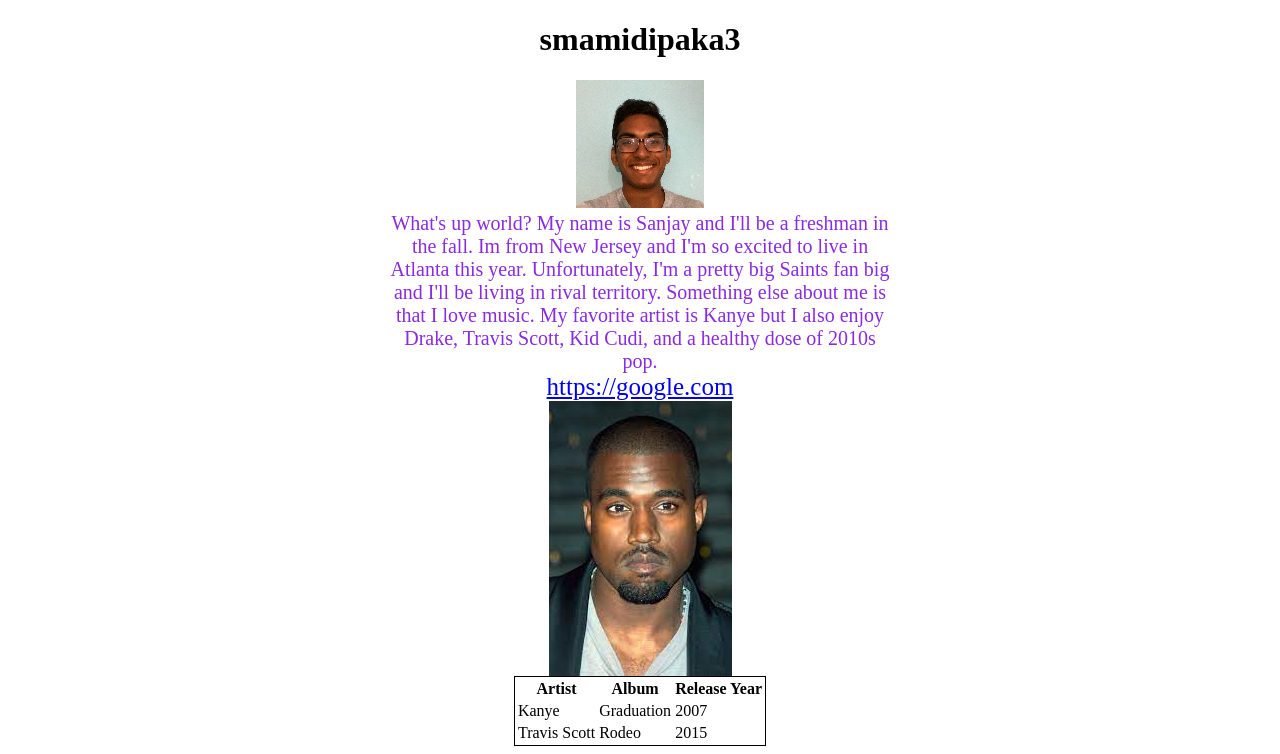
Repository: sanjayMamidipaka/cs1301
Page: lab01/index.html
These files come from the project's save history. The page is drawn as it stood at one moment and after the next save; the edit follows.
The browser window is 1280 px wide. The pictures show the whole page.

Above is the page before, as saved 2021-07-22 16:41:58.

### lab01/index.html
<!DOCTYPE html>

<head>
    <link rel="stylesheet" href="style.css">
  </head>

  <div class = "h1">
    <h1>smamidipaka3</h1>

    <img src="image.png" alt="My Picture">
    <p class = 'description'>
        What's up world? My name is Sanjay and I'll be a freshman in the fall. Im from New Jersey and I'm so excited to live in Atlanta this year.
        Unfortunately, I'm a pretty big Saints fan big and I'll be living in rival territory. Something else about me is that I love music. My favorite artist is Kanye but
        I also enjoy Drake, Travis Scott, Kid Cudi, and a healthy dose of 2010s pop.
    </p>

    <a class='link' href="https://google.com">https://google.com</a>

  </div>

  <a href="https://www.kanyewest.com/" >
    <img class='kanye' src="kanye.jpeg" alt="The GOAT's pic">
</a>

<table class='center'>
    <tr>
        <th>Artist</th>
        <th>Album</th>
        <th>Release Year</th>
    </tr>

    <tr>
        <td>Kanye</td>
        <td>Graduation</td>
        <td>2007</td>
    </tr>

    <tr>
        <td>Travis Scott</td>
        <td>Rodeo</td>
        <td>2015</td>
    </tr>
</table>

### lab01/style.css
.h1 {
    text-align: center
}

.description {
    width: 500px;
    text-align: center;
    margin: auto;
    color: blueviolet;
    font-size: 20px;
}

.link {
    font-size: 25px;
}

.kanye {
    display: block;
    margin-left: auto;
    margin-right: auto;
}

.center {
    margin-left: auto;
    margin-right: auto;
    border: solid black 1px;
  }

After the next save:
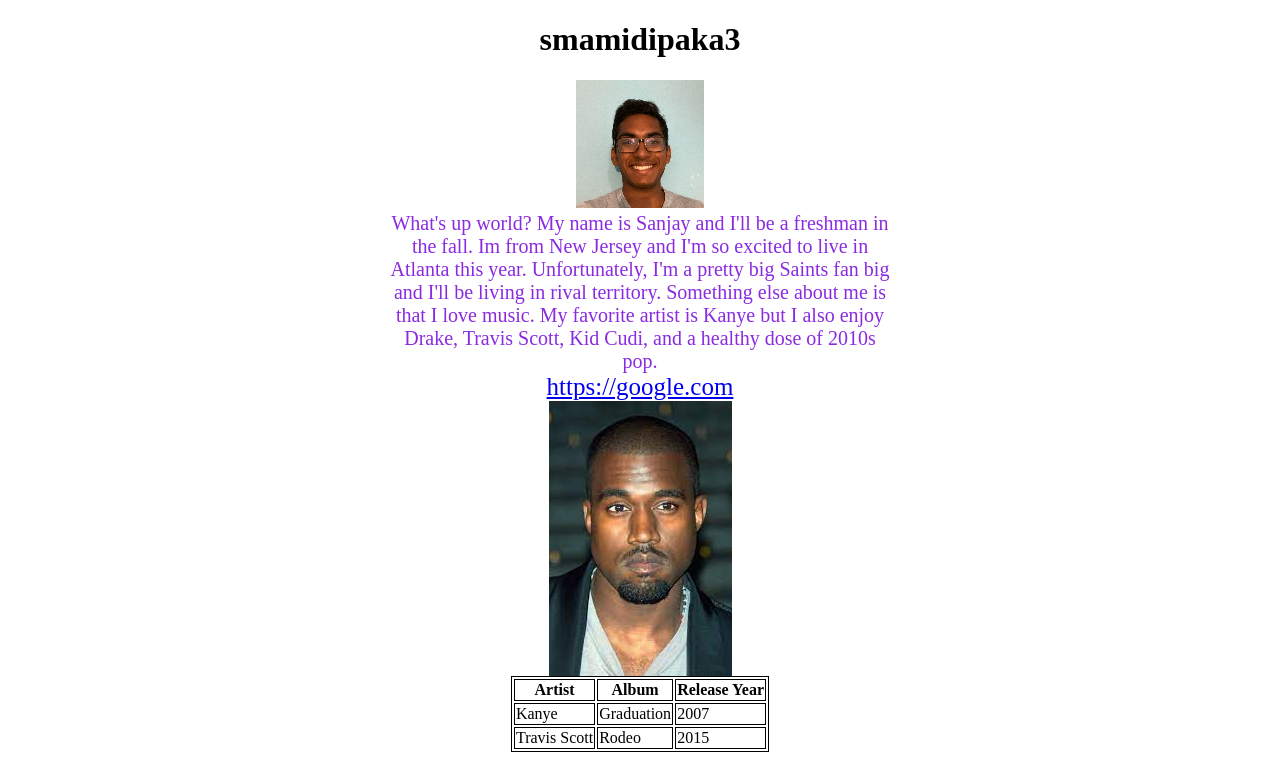
Saved 54 s later.
--- a/lab01/style.css
+++ b/lab01/style.css
@@ -20,7 +20,7 @@
     margin-right: auto;
 }
 
-.center {
+.center, th, td {
     margin-left: auto;
     margin-right: auto;
     border: solid black 1px;
